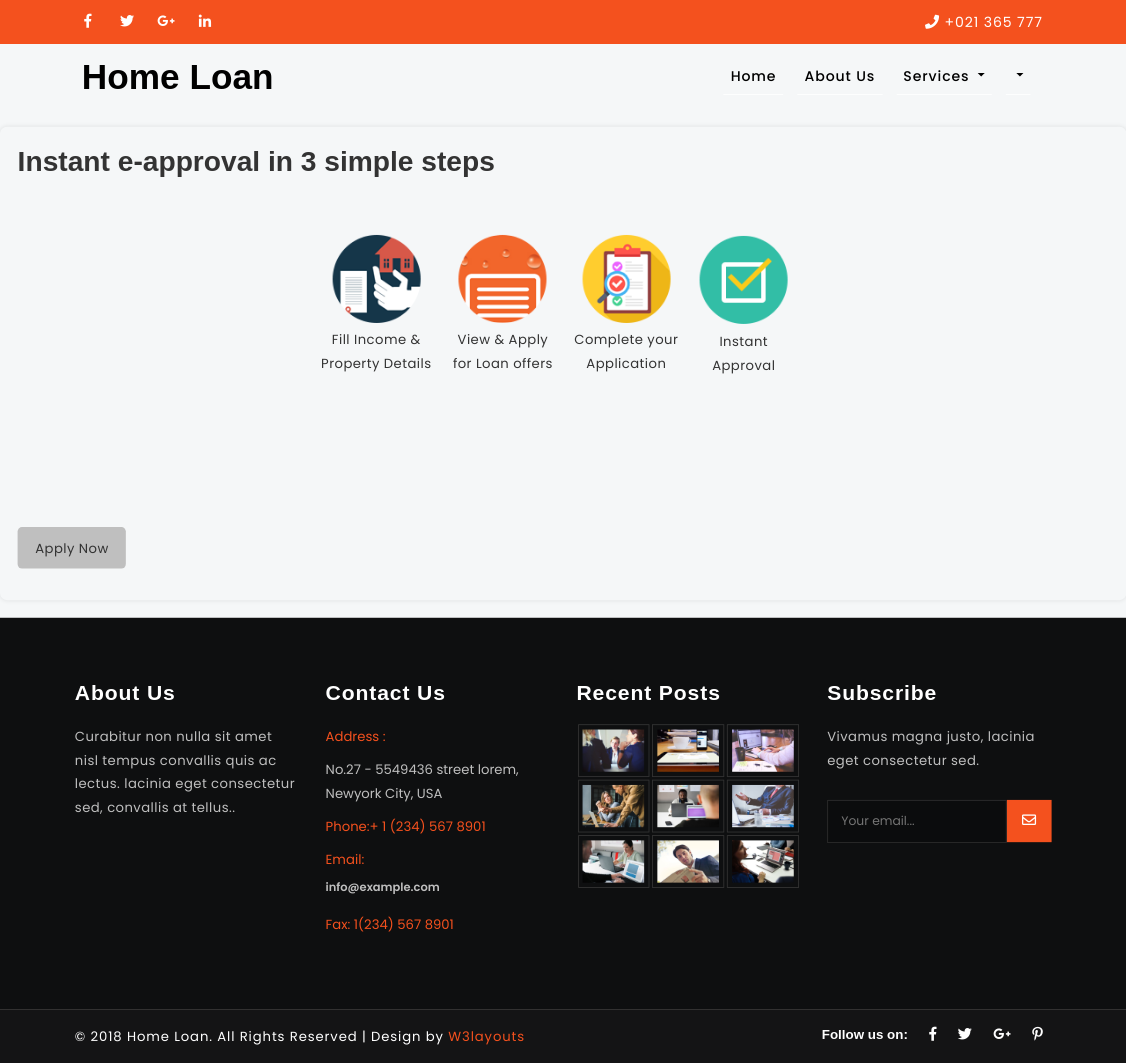
Repository: 72-faisal/Spring-MVC-project
Page: http://localhost/HomeLoan/WEB-INF/views/LoanApplyOnline.jsp
The author's editor kept a copy of each file at every save. The page is drawn from the files as they stood at one save, then again after the next save.
The browser window is 1280 px wide. The pictures show the whole page, at 88% of full size.
Some web fonts or font styles are not loaded; a fallback is used. The page is served by Tomcat 9. Nobody is signed in. Other server files are loaded and not shown. The template is opened directly, without the code that normally fills it, so the values that code supplies are empty.

Above is the page before, as saved 2023-12-28 06:15:02.

### HomeLoan/src/main/webapp/WEB-INF/views/LoanApplyOnline.jsp
<%@ page language="java" contentType="text/html; charset=ISO-8859-1"
	pageEncoding="ISO-8859-1"%>
<%@ page isELIgnored="false"%>
<!DOCTYPE html>
<html>
<head>
<meta charset="ISO-8859-1">
<title>Home Loan a Banking Category Flat Bootstrap Responsive
	Website Template | Services :: w3layouts</title>
<style type="text/css">
/* Global Styles */
body {
	font-family: 'Poppins', sans-serif;
	margin: 0;
	padding: 0;
	background-color: #f5f5f5;
}

/* Header Styles */
/*   header {
        background-color: #333;
        color: #fff;
        padding: 10px 0;
    } */
.top {
	background-color: #555;
	padding: 5px 0;
}

.top-middle ul, .top-left ul {
	padding: 0;
	margin: 0;
	list-style: none;
}

.top-middle ul li, .top-left ul li {
	display: inline;
	margin-right: 10px;
}

/* Apply Online Section Styles */
.apply-online {
	/* background-color: #fff; */
	padding: 20px;
	margin: 20px 0;
	border-radius: 8px;
	box-shadow: 0 0 6px rgba(0, 0, 0, 0.1);
}

.apply-online h2 span {
	color: #333;
}

.apply-online ul {
	list-style: none;
	padding: 60px;
	margin: 0;
	text-align: center;
}

.apply-online ul li {
	display: inline-block;
	margin-right: 20px;
	vertical-align: top;
}

.apply-online ul li img {
	max-width: 100%;
}

.apply-online ul li p {
	margin: 5px 0;
}

.apply-online .apply-btn {
	background-color: #bfbfbf;
	color: #fff;
	padding: 10px 20px;
	text-decoration: none;
	border-radius: 5px;
	display: inline-block;
	margin-top: 20px;
}

/* Footer Styles */
/*  footer {
        background-color: #f1f1f1;
        color: #fff;
        text-align: center;
        padding: 10px 0;
        margin-top: 20px;
    } */
</style>
<!-- Additional stylesheets -->
<title>Home Loan a Banking Category Flat Bootstrap Responsive
	Website Template | Services :: w3layouts</title>
<meta name="viewport" content="width=device-width, initial-scale=1">
<meta charset="utf-8">
<meta name="keywords"
	content="Home Loan Responsive web template, Bootstrap Web Templates, Flat Web Templates, Android Compatible web template,
SmartPhone Compatible web template, free WebDesigns for Nokia, Samsung, LG, SonyEricsson, Motorola web design" />
<script>
	addEventListener("load", function() {
		setTimeout(hideURLbar, 0);
	}, false);

	function hideURLbar() {
		window.scrollTo(0, 1);
	}
</script>

<!-- Bootstrap Core CSS -->
<link href="<%=request.getContextPath()%>/resources/css/bootstrap.css"
	rel='stylesheet' type='text/css' />
<link href="<%=request.getContextPath()%>/resources/css/style.css"
	rel='stylesheet' type='text/css' />
<!-- font-awesome icons -->
<link
	href="<%=request.getContextPath()%>/resources/css/fontawesome-all.min.css"
	rel="stylesheet">
<!-- //Custom Theme files -->
<!-- online fonts -->
<!-- titles -->
<link
	href="//fonts.googleapis.com/css?family=Raleway:300,400,500,600,700,800,900"
	rel="stylesheet">
<!-- body -->
<link
	href="//fonts.googleapis.com/css?family=Poppins:400,500,600,700,800"
	rel="stylesheet">
</head>

<body>

	<!-- header -->
	<header>
		<div class="top">
			<div class="container">
				<div class="t-op row">
					<div class="col-sm-6 top-middle">
						<ul>
							<li><a href="#"><i class="fab fa-facebook-f"></i></a></li>
							<li><a href="#"><i class="fab fa-twitter"></i></a></li>
							<li><a href="#"><i class="fab fa-google-plus-g"></i></a></li>
							<li><a href="#"><i class="fab fa-linkedin-in"></i></a></li>
						</ul>
					</div>
					<div class="col-sm-6 top-left">
						<ul>
							<li><i class="fas fa-phone"></i> +021 365 777</li>
						</ul>
					</div>
				</div>
			</div>
		</div>
		<div class="container">
			<nav class="navbar navbar-expand-lg navbar-light">
				<h1>
					<a class="navbar-brand text-capitalize" href="index"> Home Loan
					</a>
				</h1>
				<button class="navbar-toggler" type="button" data-toggle="collapse"
					data-target="#navbarSupportedContent"
					aria-controls="navbarSupportedContent" aria-expanded="false"
					aria-label="Toggle navigation">
					<span class="navbar-toggler-icon"></span>
				</button>

				<div class="collapse navbar-collapse" id="navbarSupportedContent">
					<ul class="navbar-nav text-center  ml-lg-auto">
						<li class="nav-item mr-3"><a class="nav-link" href="index">Home
								<span class="sr-only">(current)</span>
						</a></li>
						<li class="nav-item  mr-3"><a class="nav-link" href="about">About
								Us</a></li>

						<li class="nav-item dropdown mr-3"><a
							class="nav-link dropdown-toggle" href="#" id="navbarDropdown"
							role="button" data-toggle="dropdown" aria-haspopup="true"
							aria-expanded="false"> Services </a>
							<div class="dropdown-menu" aria-labelledby="navbarDropdown">
								<a class="dropdown-item" href="LoanApplyOnline">Apply Online</a>
								<a class="dropdown-item" href="LoanApprovedProject">Approved
									Project</a> <a class="dropdown-item" href="LoanCalculator">Loan
									Calculator</a>
							</div></li>
						<li class="nav-item dropdown mr-3"><a
							class="nav-link dropdown-toggle" href="#" id="navbarDropdown"
							role="button" data-toggle="dropdown" aria-haspopup="true"
							aria-expanded="false"> ${user.name } </a>
							<div class="dropdown-menu" aria-labelledby="navbarDropdown">
								<a class="dropdown-item" href="UserProfile">Profile</a> <a
									class="dropdown-item" href="UserChangePassword">Change
									Password</a> <a class="dropdown-item" href="UserLogout">Logout</a>
							</div></li>
						<!-- 	<li class="nav-item">
							<a class="nav-link" href="contact">contact</a>
						</li> -->
					</ul>
				</div>
			</nav>
		</div>
	</header>
	<!-- //header -->

	<!-- Apply Online Section -->
	<div
		class="apply-online resp-tab-content hor_1 resp-tab-content-active"
		aria-labelledby="hor_1_tab_item-2" style="display: block">
		<h2>
			<span>Instant e-approval in 3 simple steps</span>
		</h2>
		<ul>
			<li>
				<p>
					<img
						src="<%=request.getContextPath()%>/resources/images/apply-img1.png"
						alt="Property Details" title="Property Details">
				</p>
				<p>
					Fill Income &amp; <br>Property Details
				</p>
			</li>
			<li>
				<p>
					<img
						src="<%=request.getContextPath()%>/resources/images/apply-img2.png"
						alt="View &amp; Apply for Loan offers"
						title="View &amp; Apply for Loan offers">
				</p>
				<p>
					View &amp; Apply <br>for Loan offers
				</p>
			</li>
			<li>
				<p>
					<img
						src="<%=request.getContextPath()%>/resources/images/apply-img3.png"
						alt="Complete your Application" title="Complete your Application">
				</p>
				<p>
					Complete your <br>Application
				</p>
			</li>
			<li>
				<p>
					<img
						src="<%=request.getContextPath()%>/resources/images/apply-img4.png"
						alt="Instant Approval" title="Instant Approval">
				</p>
				<p>
					Instant <br>Approval
				</p>
			</li>
		</ul>
		<p>&nbsp;</p>
		<p>&nbsp;</p>
		<p class="txt-center">
			<a class="apply-btn">Apply Now <i class="arrow-icon"></i></a>
		</p>
	</div>

	<!--footer-->
	<footer>
		<div class="container py-md-4 mt-md-3">
			<div class="row footer-top-w3layouts-agile py-5">
				<div class="col-lg-3 col-md-6 col-sm-6 footer-grid">
					<div class="footer-title">
						<h3>About Us</h3>
					</div>
					<div class="footer-text">
						<p>Curabitur non nulla sit amet nisl tempus convallis quis ac
							lectus. lacinia eget consectetur sed, convallis at tellus..</p>

					</div>
				</div>
				<div class="col-lg-3 col-md-6 col-sm-6 footer-grid">
					<div class="footer-title">
						<h3>Contact Us</h3>
					</div>
					<div class="footer-office-hour">
						<ul>
							<li class="hd">Address :</li>
							<li>No.27 - 5549436 street lorem, Newyork City, USA</li>

						</ul>
						<ul>
							<li class="hd">Phone:+ 1 (234) 567 8901</li>
							<li class="hd">Email: <a href="mailto:info@example.com">info@example.com</a>
							</li>
							<li class="hd">Fax: 1(234) 567 8901</li>
						</ul>
					</div>
				</div>
				<div class="col-lg-3 col-md-6 col-sm-6 footer-grid">
					<div class="footer-title">
						<h3>Recent Posts</h3>
					</div>
					<div class="footer-list">
						<div class="flickr-grid">
							<a href="#" data-toggle="modal" data-target="#myModal"> <img
								src="<%=request.getContextPath()%>/resources/images/g1.jpg"
								class="img-fluid" alt=" ">
							</a>
						</div>
						<div class="flickr-grid">
							<a href="#" data-toggle="modal" data-target="#myModal"> <img
								src="<%=request.getContextPath()%>/resources/images/g2.jpg"
								class="img-fluid" alt=" ">
							</a>
						</div>
						<div class="flickr-grid">
							<a href="#" data-toggle="modal" data-target="#myModal"> <img
								src="<%=request.getContextPath()%>/resources/images/g3.jpg"
								class="img-fluid" alt=" ">
							</a>
						</div>
						<div class="flickr-grid">
							<a href="#" data-toggle="modal" data-target="#myModal"> <img
								src="<%=request.getContextPath()%>/resources/images/g4.jpg"
								class="img-fluid" alt=" ">
							</a>
						</div>
						<div class="flickr-grid">
							<a href="#" data-toggle="modal" data-target="#myModal"> <img
								src="<%=request.getContextPath()%>/resources/images/g5.jpg"
								class="img-fluid" alt=" ">
							</a>
						</div>
						<div class="flickr-grid">
							<a href="#" data-toggle="modal" data-target="#myModal"> <img
								src="<%=request.getContextPath()%>/resources/images/g6.jpg"
								class="img-fluid" alt=" ">
							</a>
						</div>
						<div class="flickr-grid">
							<a href="#" data-toggle="modal" data-target="#myModal"> <img
								src="<%=request.getContextPath()%>/resources/images/g7.jpg"
								class="img-fluid" alt=" ">
							</a>
						</div>
						<div class="flickr-grid">
							<a href="#" data-toggle="modal" data-target="#myModal"> <img
								src="<%=request.getContextPath()%>/resources/images/g9.jpg"
								class="img-fluid" alt=" ">
							</a>
						</div>
						<div class="flickr-grid">
							<a href="#" data-toggle="modal" data-target="#myModal"> <img
								src="<%=request.getContextPath()%>/resources/images/g8.jpg"
								class="img-fluid" alt=" ">
							</a>
						</div>
						<div class="clearfix"></div>
					</div>
				</div>
				<div class="col-lg-3 col-md-6 col-sm-6 footer-grid">
					<div class="footer-title">
						<h3>Subscribe</h3>
					</div>
					<p>Vivamus magna justo, lacinia eget consectetur sed.</p>
					<form action="#" method="post" class="newsletter">
						<input class="email" type="email" placeholder="Your email..."
							required="">
						<button class="btn1">
							<i class="far fa-envelope"></i>
						</button>
					</form>
					<div class="clearfix"></div>
				</div>
			</div>
		</div>
	</footer>
	<!---->
	<div class="copyright py-3">
		<div class="container">
			<div class="copyrighttop">
				<ul>
					<li>
						<h4>Follow us on:</h4>
					</li>
					<li><a class="facebook" href="#"> <i
							class="fab fa-facebook-f"></i>
					</a></li>
					<li><a class="facebook" href="#"> <i
							class="fab fa-twitter"></i>
					</a></li>
					<li><a class="facebook" href="#"> <i
							class="fab fa-google-plus-g"></i>
					</a></li>
					<li><a class="facebook" href="#"> <i
							class="fab fa-pinterest-p"></i>
					</a></li>
				</ul>
			</div>
			<div class="copyrightbottom">
				<p>
					© 2018 Home Loan. All Rights Reserved | Design by <a
						href="http://w3layouts.com/">W3layouts</a>
				</p>
			</div>
			<div class="clearfix"></div>
		</div>
	</div>
	<!-- Modal -->
	<div class="modal fade" id="myModal" tabindex="-1" role="dialog"
		aria-labelledby="exampleModalCenterTitle" aria-hidden="true">
		<div class="modal-dialog modal-dialog-centered" role="document">
			<div class="modal-content">
				<div class="modal-header">
					<h4 class="modal-title">Home Loan</h4>
					<button type="button" class="close" data-dismiss="modal"
						aria-label="Close">
						<span aria-hidden="true">&times;</span>
					</button>
				</div>
				<div class="modal-body">
					<div class="agileits-w3layouts-info">
						<img src="<%=request.getContextPath()%>/resources/images/g6.jpg"
							class="img-fluid" alt="" />
						<p>Duis venenatis, turpis eu bibendum porttitor, sapien quam
							ultricies tellus, ac rhoncus risus odio eget nunc. Pellentesque
							ac fermentum diam. Integer eu facilisis nunc, a iaculis felis.
							Pellentesque pellentesque tempor enim, in dapibus turpis
							porttitor quis.</p>
					</div>
				</div>
				<div class="modal-footer">
					<button type="button" class="btn btn-secondary"
						data-dismiss="modal">Close</button>
					<button type="button" class="btn btn-primary">Save changes</button>
				</div>
			</div>
		</div>
	</div>
	<!-- //Modal -->
	<!-- js-->
	<script
		src="<%=request.getContextPath()%>/resources/js/jquery-2.2.3.min.js"></script>
	<!-- js-->
	<!-- Bootstrap Core JavaScript -->
	<script
		src="<%=request.getContextPath()%>/resources/js/bootstrap.js ">

	</script>
	<!-- //Bootstrap Core JavaScript -->

</body>
</html>

Loaded but not shown: HomeLoan/src/main/webapp/WEB-INF/resources/assets/css/bootstrap.css (library); HomeLoan/src/main/webapp/WEB-INF/resources/assets/css/fontawesome-all.min.css (library); HomeLoan/src/main/webapp/WEB-INF/resources/assets/js/jquery-2.2.3.min.js (library); HomeLoan/src/main/webapp/WEB-INF/resources/assets/js/bootstrap.js (library); HomeLoan/src/main/webapp/WEB-INF/resources/assets/css/style.css (2094 lines, source omitted)

After the next save:
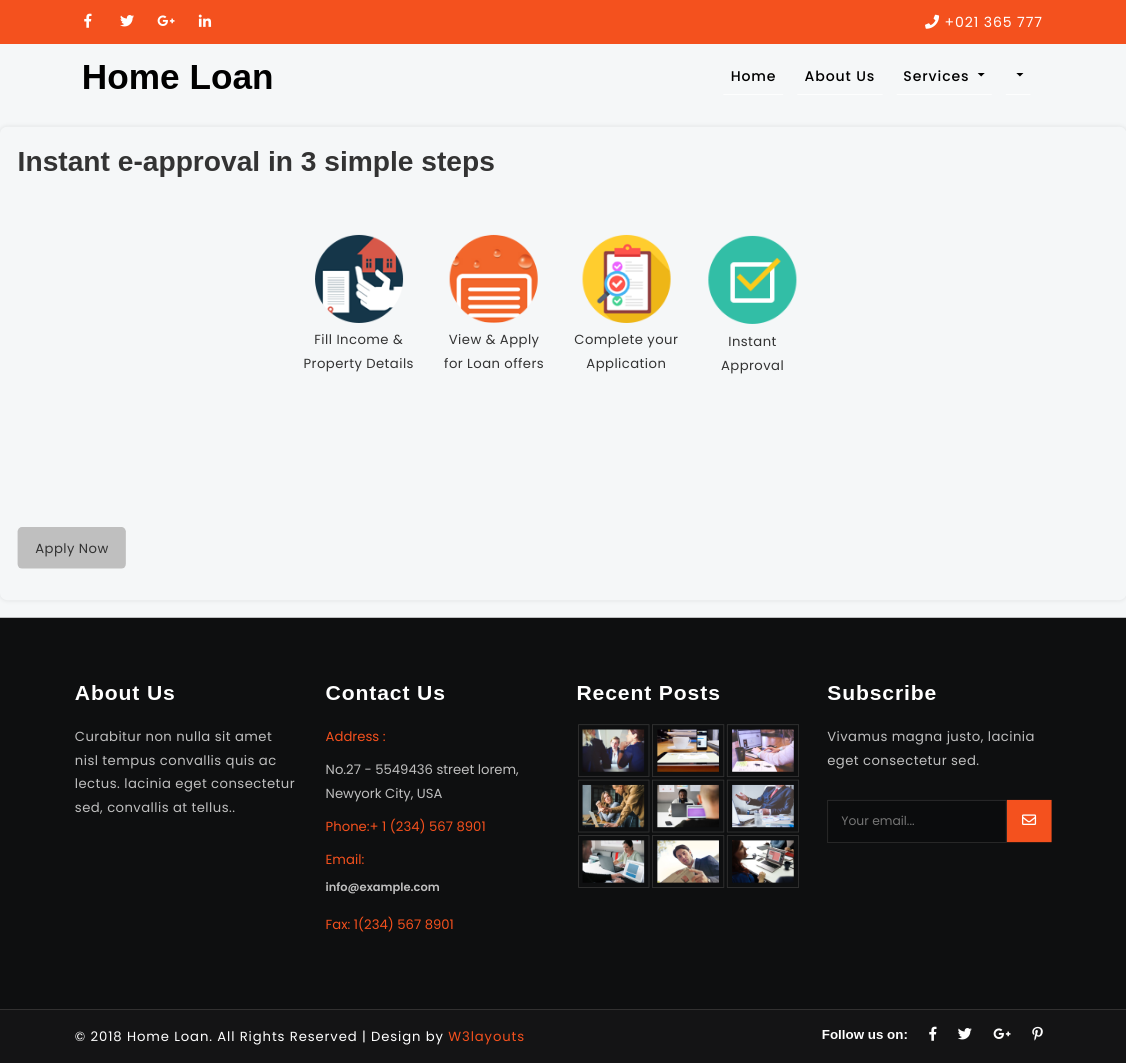
Saved 2 min 32 s later.
--- a/HomeLoan/src/main/webapp/WEB-INF/views/LoanApplyOnline.jsp
+++ b/HomeLoan/src/main/webapp/WEB-INF/views/LoanApplyOnline.jsp
@@ -60,7 +60,7 @@ body {
 
 .apply-online ul li {
 	display: inline-block;
-	margin-right: 20px;
+	margin-right: 30px;
 	vertical-align: top;
 }
 
